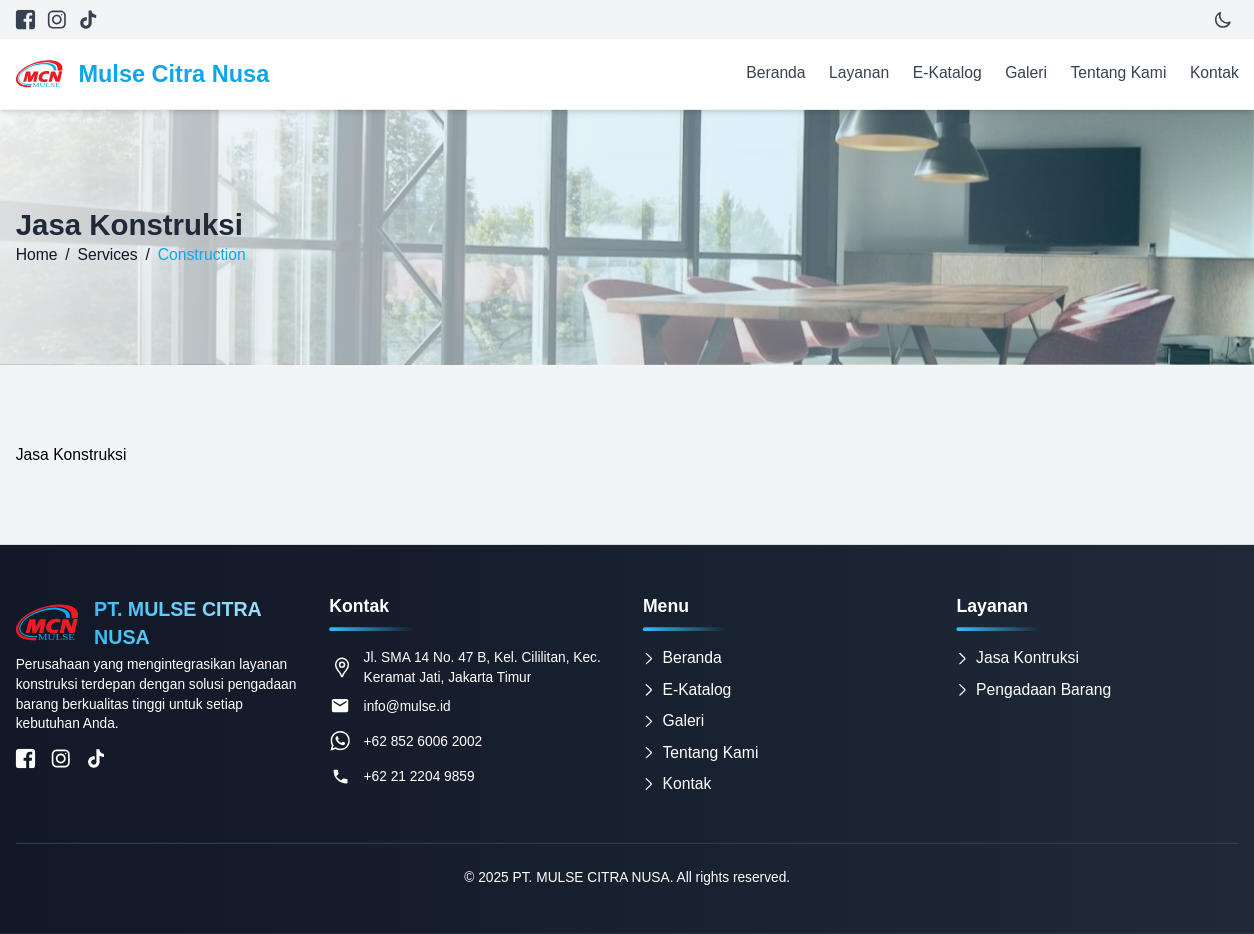
Repository: PrasBaldin/next-mulse
Page: /services/construction
These files come from the project's save history. The page is drawn as it stood at one moment and after the next save; the edit follows.
The browser window is 1280 px wide. The pictures show the whole page, at 98% of full size.
The project was rebuilt for these pictures with package versions that can differ from the ones it lists, and the page was loaded fresh each time. The framework's server and built-in components were replaced by stand-ins that run in the browser. Also part of the build but not shown: next.config.ts.

Above is the page before, as saved 2025-02-26 13:16:41.

After the next save:
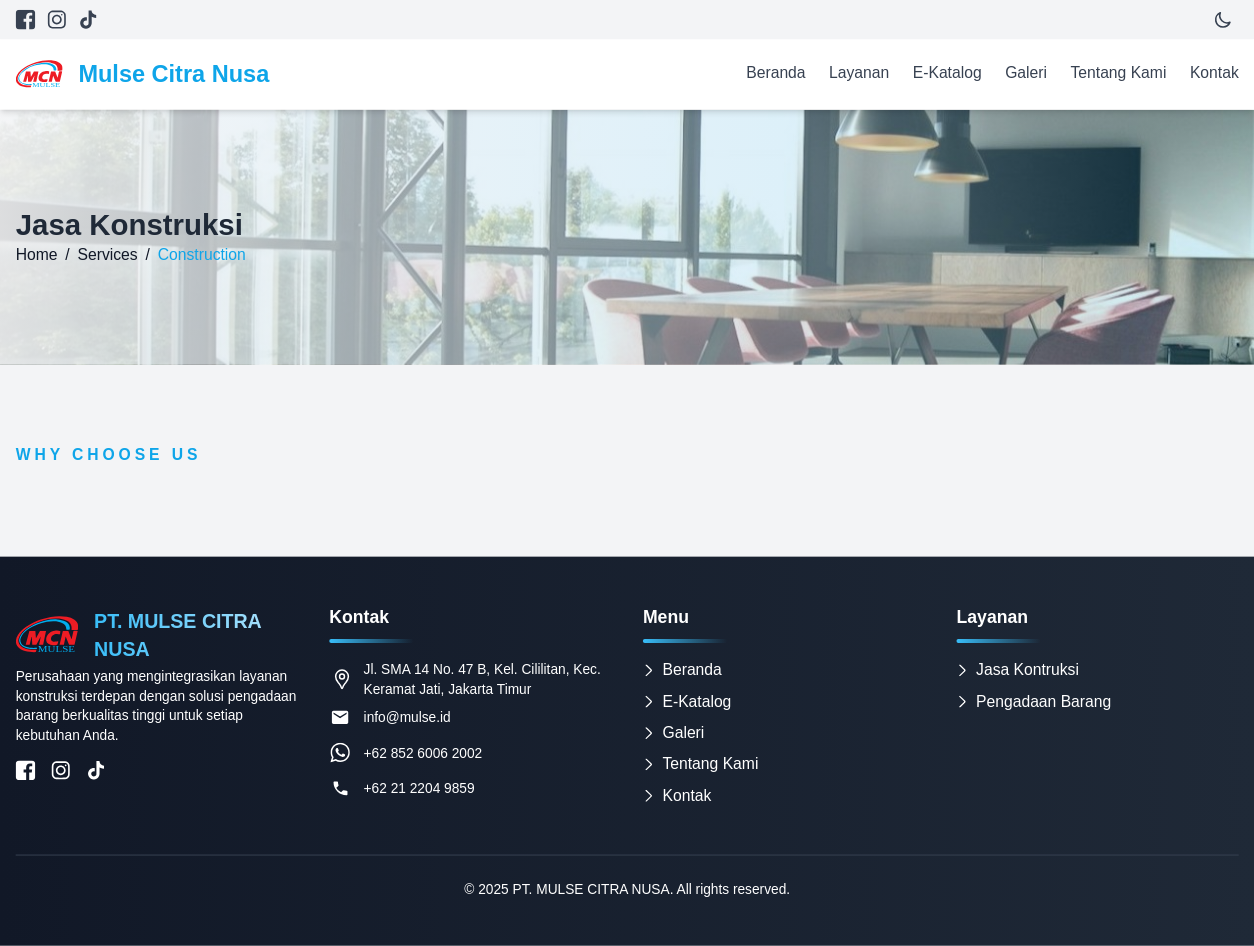
Saved 5 s later.
--- a/app/services/construction/page.tsx
+++ b/app/services/construction/page.tsx
@@ -46,7 +46,9 @@
       </section>
       <section className="py-20">
         <div className="container">
-          <h3>Jasa Konstruksi</h3>
+          <h4 className="mb-3 text-sky-500 font-semibold tracking-[.25em] uppercase">
+            Why Choose Us
+          </h4>
         </div>
       </section>
     </>
